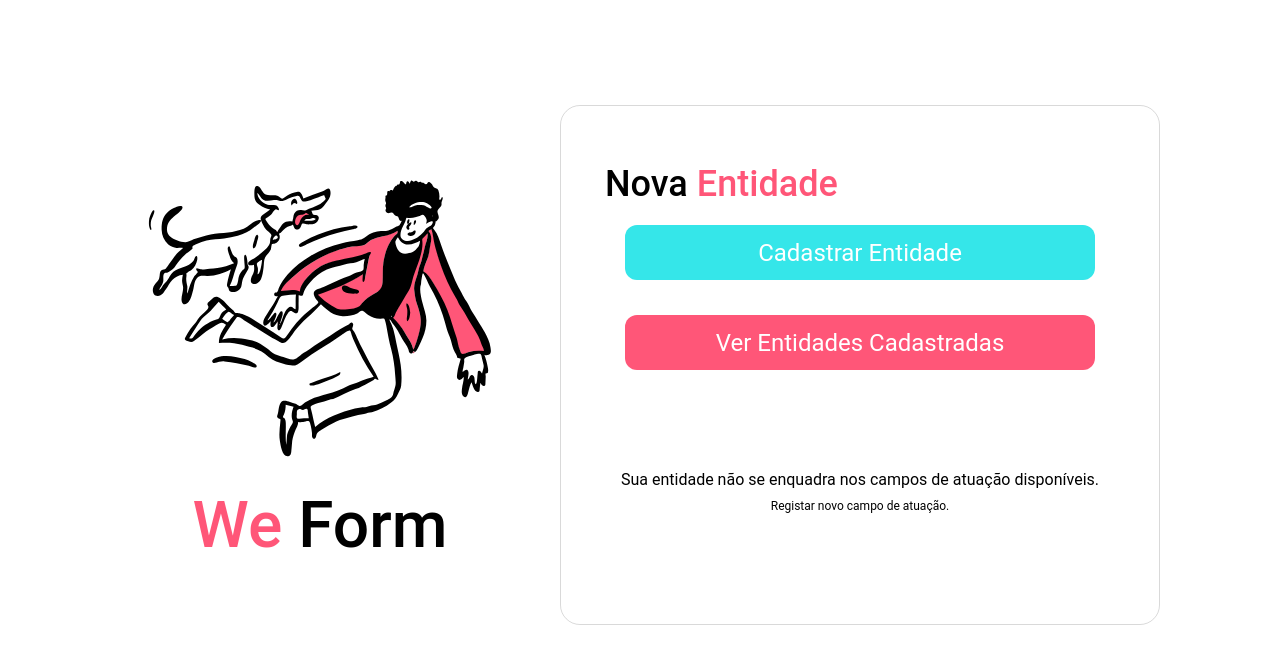
Repository: guilhermecardoso93/we-form
Page: nova-entidade.html
These files come from the project's save history. The page is drawn as it stood at one moment and after the next save; the edit follows.
The browser window is 1280 px wide. The pictures show the whole page.
Some web libraries are served in a nearby version.

Above is the page before, as saved 2024-06-09 17:57:07.

### nova-entidade.html
<!DOCTYPE html>
<html lang="pt-BR">

<head>
    <meta charset="UTF-8">
    <meta name="viewport" content="width=device-width, initial-scale=1.0">
    <link rel="stylesheet" href="https://cdnjs.cloudflare.com/ajax/libs/font-awesome/5.13.1/css/all.min.css">
    <link rel="stylesheet" href="./styles.css">
    <title>We Form</title>
</head>

<body>
    <div class="content">

        <aside>
            <img src="./assets/hero.svg" alt="Ilustração mulher com cachorro" />
            <h1>
                <span>We</span> Form
            </h1>
        </aside>

        <main>
            <h2>Nova <span>Entidade</span></h2>
            <div class="buttons">
                <button>
                <a href="http://">Cadastrar Entidade</a>
            </button>
                <button>
                <a href="http://">Ver Entidades Cadastradas</a>
            </button>
            </div>
            <div class="footer">
                <p>Sua entidade não se enquadra nos campos de atuação disponíveis.</p>
                <a href="http://">Registar novo campo de atuação.</a>
            </div>
        </main>
    </div>
</body>

</html>

### styles.css
* {
  padding: 0;
  margin: 0;
  box-sizing: border-box;
  font-family: Roboto, sans-serif;
}

:root {
  font-size: 62.5%;
}

body {
  font-size: 1.6rem;
  text-decoration: none;
}

.content {
 display: flex;
 flex-wrap: wrap-reverse;
 align-items: center;
 justify-content:center;
 gap: 4rem;
 margin: 10.5rem 0 4rem 0;
}


aside {
  display: flex;
  flex-direction: column;
  align-items: center;
  justify-content: center;
  gap: 2rem;
}

aside h1 {
  font-size: 6.4rem;
  font-weight: 500;
  line-height: 75px;
}

aside h1>span, main h2>span {
  color: #FF5678;
}

aside img {
  width: 40rem;
}


main {
  width: 60rem;
  height: 52rem;
  border: 1px solid rgba(0, 0, 0, 0.15);
  border-radius: 20px;
  padding: 5.7rem 4.4rem;
}

main h2 {
  max-width: 43rem;
  font-size: 3.6rem;
  font-weight: 500;
}

.buttons {
  display: flex;
  flex-direction: column;
  justify-content: center;
  gap: 3.5rem;
  margin: 2rem;
}


.buttons button {
  background-color: #35e6e9;
  height: 5.5rem;
  border: none;
  border-radius: 12px;
}

.buttons button:hover {
  opacity: 0.5;
}

.buttons button a {
  text-decoration: none;
  color: #fff;
  font-size: 2.4rem;
}

.buttons button+button {
  background-color: #FF5678;
}

.footer {
  display: flex;
  flex-direction: column;
  align-items: center;
  justify-content: center;
  gap: 1rem;
}

.footer p {
  font-size: 1.6rem;
  margin-top: 8rem;
}

.footer a {
  font-size: 1.2rem;
  color: #000;
  text-decoration: none;
}

### assets/arrow-back.svg
<svg xmlns="http://www.w3.org/2000/svg" width="24" height="24" viewBox="0 0 24 24" fill="none" stroke="#c71f1f" stroke-width="2" stroke-linecap="round" stroke-linejoin="round" class="lucide lucide-chevron-left"><path d="m15 18-6-6 6-6"/></svg>

After the next save:
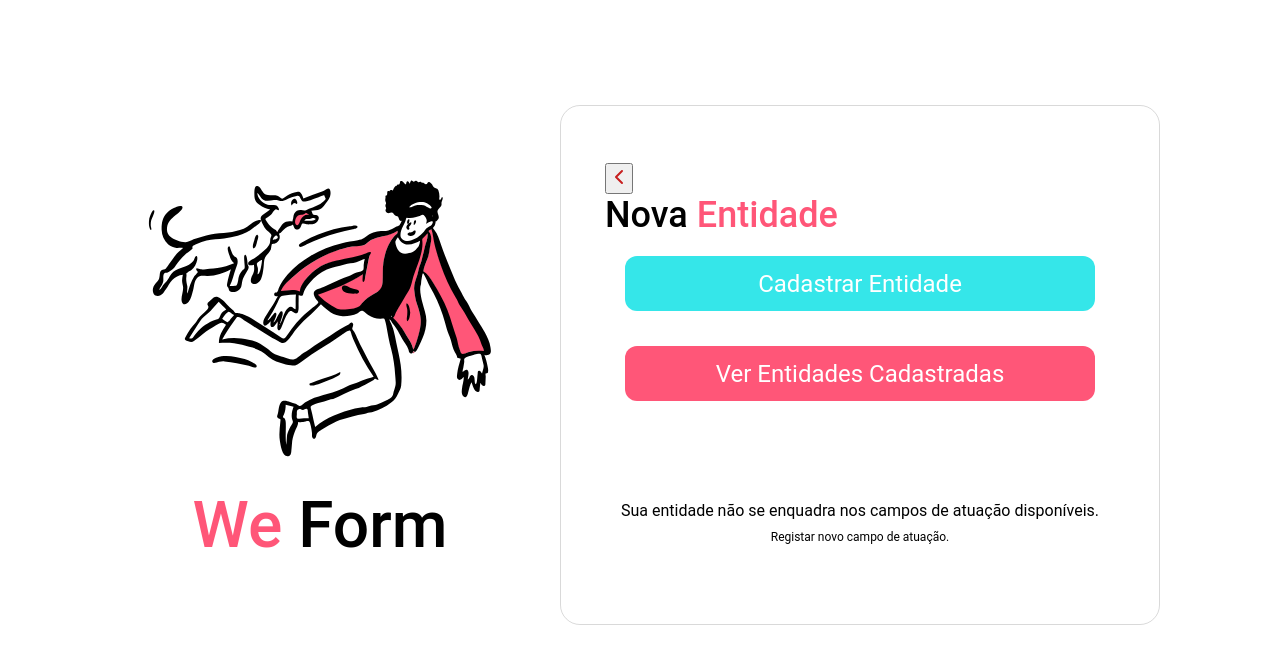
Saved 36 s later.
--- a/nova-entidade.html
+++ b/nova-entidade.html
@@ -20,6 +20,9 @@
         </aside>
 
         <main>
+            <button>
+                <img src="./assets/arrow-back.svg" alt="seta" />
+            </button>
             <h2>Nova <span>Entidade</span></h2>
             <div class="buttons">
                 <button>
